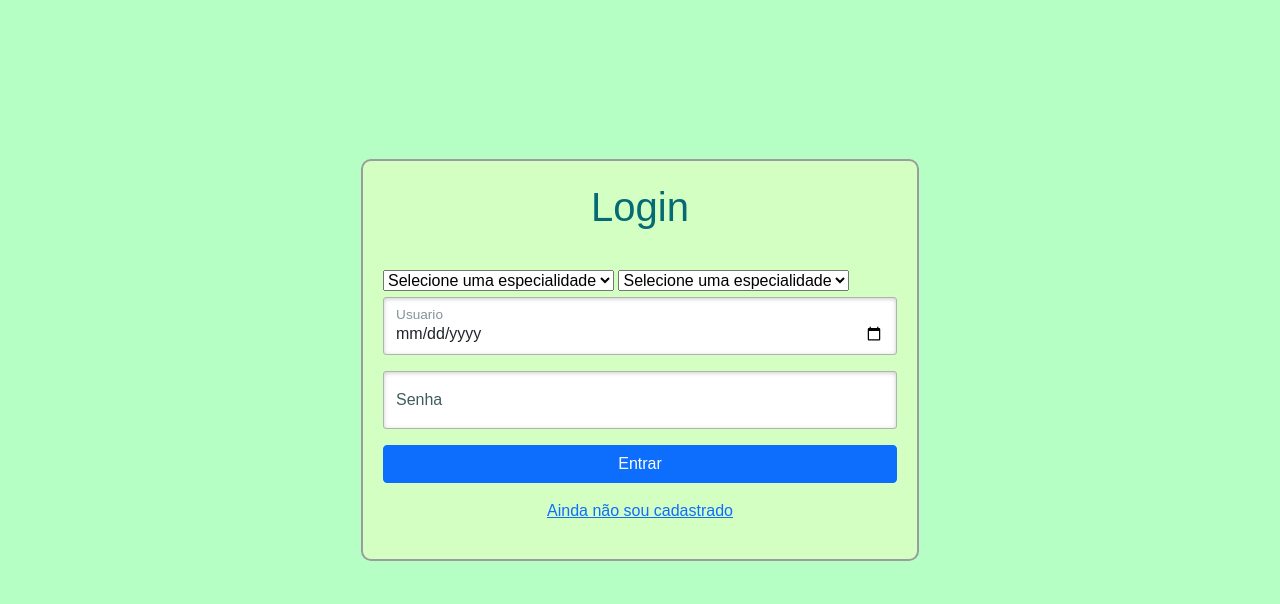
Repository: DavidCostaMariano/gsjava
Page: http://localhost/GsJava/form/formAgendarConsulta.jsp
The author's editor kept a copy of each file at every save. The page is drawn from the files as they stood at one save, then again after the next save.
The browser window is 1280 px wide. The pictures show the whole page.
The page is served by Tomcat 9.

Above is the page before, as saved 2023-11-15 19:19:04.

After the next save:
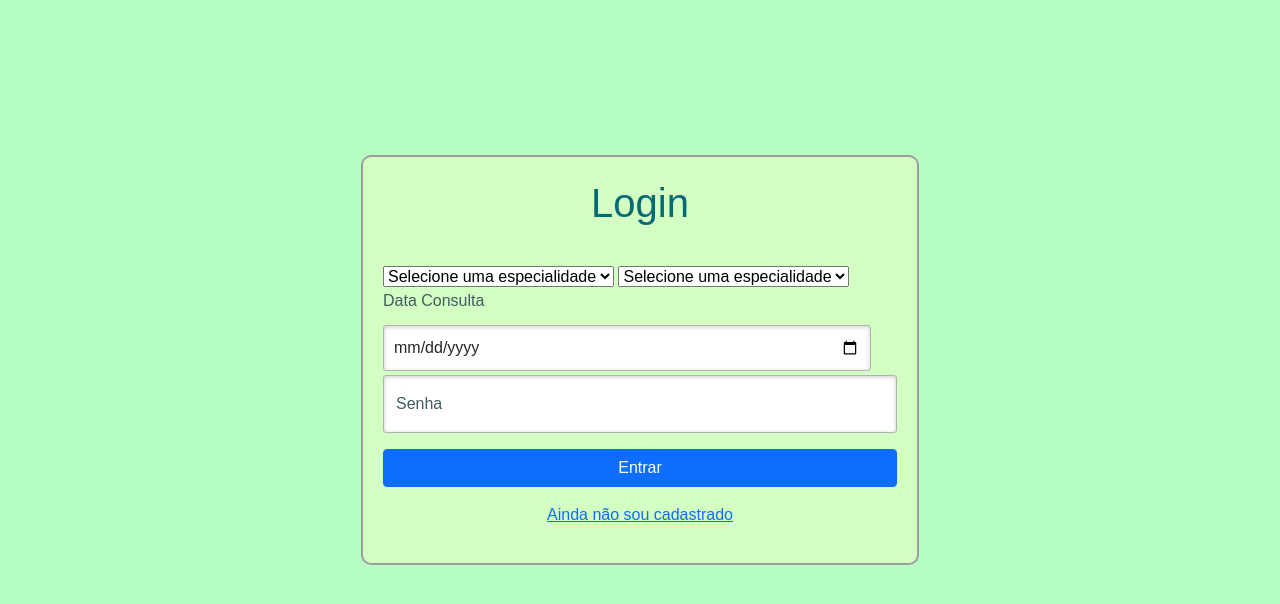
Saved 2 min 8 s later.
--- a/GsJava/src/main/webapp/form/formAgendarConsulta.jsp
+++ b/GsJava/src/main/webapp/form/formAgendarConsulta.jsp
@@ -34,12 +34,9 @@
 				<option value="2">Neurologista</option>
 				<option value="3">Psiquiatria</option>
 			</select>
-			<div class="form-floating mb-3">
-				<input type="date" name="floatingInputLogin"
-					class="form-control w-100" id="floatingInputLogin"
-					placeholder="name@example.com"> <label
-					for="floatingInputLogin">Usuario</label>
-			</div>
+			<label for="dataConsulta" class="form-label">Data Consulta</label>
+			<input type="date" name="dataConsulta" id="dataConsulta" class="form-control" aria-describedby="passwordHelpBlock">
+
 			<div class="form-floating mb-3">
 				<input type="password" name="floatingInputSenha"
 					class="form-control w-100" id="floatingInputSenha"
